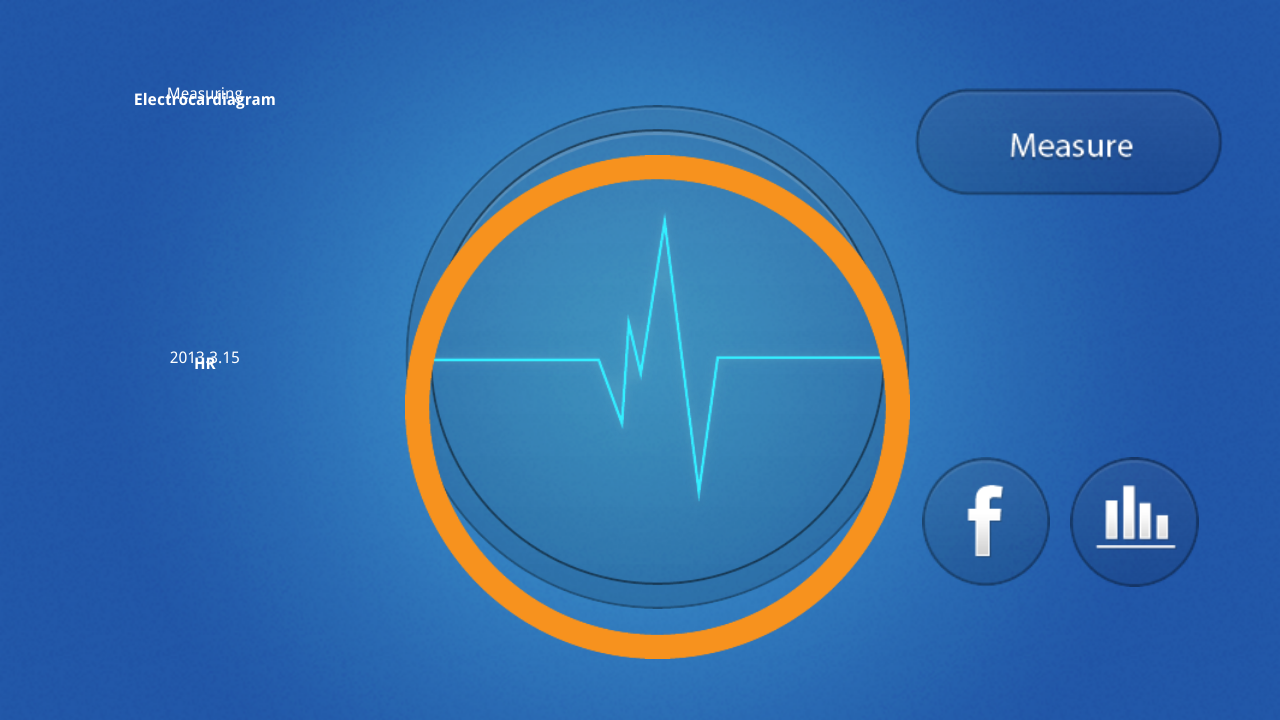
Repository: chouwill79131/IEcontest
Page: BluetoothChat/assets/main.html
An editor plug-in stored every save of this project. The page is shown before and after the next save, followed by the edit.
The browser window is 1280 px wide. The pictures show the whole page.

Above is the page before, as saved 2013-03-08 18:36:16.
Console error: TypeError: Cannot set properties of null (setting 'innerHTML')

### BluetoothChat/assets/main.html
<html>
  <head>
    <meta http-equiv="Content-Type" content="text/html; charset=utf-8"/>
    <link href="main.css" rel="stylesheet"/>
    <script src="jquery.js"></script>
    <script src="highcharts.js"></script>
    <script src="delay.js"></script>
    <script src="main.js"></script>
  </head>
  <body>
    <div id="main" >
    	<div class="left">
			<div class="text">
				<div class="word">Electrocardiagram</div><br />
				<div class="subword">Measuring</div><br />

				<div class="hr">HR</div><br />
				<div class="date">2013.3.15</div>
			</div>

		</div>

		<div class="mid">
			<img class="rhythm" src="button/rhythm.png" />
			<img class="circle" src="button/circle.png" />
		</div>

		<div class="right">
			<button class="measure"><img src="button/Measure.png" /></button><br />
			<button class="share" ><img src="button/Share.png" /></button>
			<button class="record"><img src="button/Record.png" /></button>
		</div>




	</div>
  </body>
</html>

### BluetoothChat/assets/main.css
@font-face {
    font-family: droidsans;
    src: url(fonts/droidsans.ttf);
}

@font-face {
    font-family: DroidSans-Bold;
    src: url(fonts/DroidSans-Bold.ttf);
}

@font-face {
    font-family: DroidSans-Italic;
    src: url(fonts/DroidSans-Italic.ttf);
}


body { margin:0; padding:0; }
#main { width: auto; height: 100%; background-image: url(button/background.png); background-size: 100% 100%; }
.left, .mid, .right {float: left; height: 100%; }


.left {  width: 28%; padding-left:2%;}
.text, .hr , .date{ text-align: center; color:white;}
.word { margin-top: 25%;  font-family: DroidSans-Bold ;}
.subword, .date { margin-top:-12%; font-family: droidsans ;}
.hr {   margin-top: 65%;  font-family: DroidSans-Bold }
.date { font-family: droidsans ;}

.mid { width: 41%; }
.rhythm, .circle { width: auto; height:70%; margin-left: 4%; }
.rhythm { margin-top: 20%; z-index: 1; }
.circle { margin-top: -86.5%; z-index: 2; position: relative;}

.right { width: 29%; }
.right button { float: left; border: none; background: transparent;width:auto; }
.measure img {margin-top: 10%; width: auto;  height:15%; }
.share img, .record img { width: auto;  height:18%; }
.measure { margin-left: 0%; margin-top: 15%; }
.share, .record { margin-top: 70%; margin-left: 2%; }


<!--
border? font? .record_top
-->

### BluetoothChat/assets/delay.js

$(function(){
setTimeout(function(){
$.getScript("dy_chart.js");
},200)
})

### BluetoothChat/assets/main.js
var chart;
var step = 0.01;	//step0.008每秒125點	//0.005極限
var xstart = step;
var hr = "--";
var score = "--";
var index;
$(document).ready(function ready() {

    var s = "";
    var theDate = new Date();
    s += theDate.getYear()+1900 + ".";                //  年
    s += (theDate.getMonth() + 1) + ".";				// 月
    s += theDate.getDate(); 							// 日
    document.getElementById("date").innerHTML = s;
    index = document.getElementById("main").innerHTML; //保留首頁

    $(".measure").live("click", function() {
      measure();
    }); //click .measure


}); //(document).ready

function shared(){
	view1 = document.getElementById("rhythm").innerHTML;
	document.getElementById("rhythm").innerHTML = view1+'<img class="stop" src="button/complete.png" style="width:100%; margin-top: -50% ;z-index:5;position: relative;" />';
	$("#main").live("click", function() {
      document.getElementById("rhythm").innerHTML = view1;
    });
}

function complete(hr1,score1){
  hr = hr1;
  score = score1;
  view = document.getElementById("dy_chart").innerHTML;
  document.getElementById("dy_chart").innerHTML = view+'<img class="stop" src="button/Completed.png" style="width:50%; margin: -20% 0% 0% 25%; z-index:2;position: relative;" />';
  $(".stop").html('<img src="button/Continue.png" />');
}

function addSomething(a) {
  for (var i in a){
    chart.series[0].addPoint([xstart,a[i]],false,true);
    xstart += step;
  }
  chart.redraw();
}

function history(history){
	view2 = document.getElementById("main").innerHTML;
    $("#main").html(
    '<div class="main1">'+
	'<div class="contain">'+
	'<div id="dy_chart" style="z-index:1;position: relative;"></div>'+
	'</div>'+
	'<div id="foot">'+
	'<button class="stop">'+
	'<img src="button/Back.png" />'+
	'</button>'+
	'</div>'+
    '</div>'
    );

    Highcharts.setOptions({
      global: {
	useUTC: true
      }
    });

    hischart = new Highcharts.Chart({
      chart: {
		renderTo: 'dy_chart',
		backgroundColor: 'transparent',
		type: 'line',
      },
      title: {
		style:{ color: '#FFFFFF'},
		text: 'Measure history',
      },
      credits: {			// highchart.com
		enabled:false
      },
      legend: {  			// 線的標示
        enabled: false
      },
      xAxis: {
      	type: 'datetime',
		dateTimeLabelFormats: { // don't display the dummy year
	  		month: '%e. %b',
	  		year: '%b'
		},
		lineColor: '#FFFFFF',
		labels: {
	  		style: {
				color: '#FFFFFF',
			}
		}
	  },
	  yAxis: {
	    title: {text: 'Feeling',
	    			style: {
						color: '#FFFFFF',
					}
				},
	  	gridLineColor: '#FFFFFF',
	  	labels: {
	  		style: {
				color: '#FFFFFF',
			}
		}
	  },
	  plotOptions: {
                line: {
                    dataLabels: {
                        enabled: true,
                        color: '#FFFFFF',
                    },
                    enableMouseTracking: true,
                }
      },
	series: [{
	  name: 'measure history',
	  color: '#FFFFFF',
	  data: history
	}],
    });

    $(".stop").live("click", function(){
 //     hr = "--";
      $(".main1").html(view2);
 //     document.getElementById("hr").innerHTML = hr;
    });
};// .record click

function measure(){
	xstart = 0.01;
	$("#main").html('<div class="main1">'+
		'<div class="contain">'+
		'<div id="dy_chart" style="z-index:1;position: relative;"></div>'+
		'</div>'+
		'<div id="foot">'+
		'<button class="stop" onclick="window.MyHandler.disconnect()">'+
		'<img src="button/Stop.png" />'+
		'</button>'+
		'</div>'+
      	'</div>');
    Highcharts.setOptions({
      global: {useUTC: true }
    });
    chart = new Highcharts.Chart({
      chart: {
		renderTo: 'dy_chart',
		backgroundColor: 'transparent',
		type: 'spline',
		marginRight: 10,
      },
      credits: {enabled:false},
      title: {
		style:{ color: '#FFFFFF'},
		text: 'Electrondiagram',
      },
      xAxis: {
		type: 'x Axis',
		style:{ color: '#FFFFFF'},
		tickPixelInterval: 100,
		lineColor: '#FFFFFF',
		labels: {style: {color: '#FFFFFF'}},
      },
      yAxis: {
      	title: {
      		text: 'Score',
      		style: {color: '#FFFFFF'}},
	  		gridLineColor: '#FFFFFF',
	  		labels: {style: {color: '#FFFFFF'}},
			//max:1500,
			//min:0,
			title: {
	  			style:{ color: '#FFFFFF'},
	  			text: 'PPG'
	  		},
			plotLines: [{value: 0,width: 1}]
      	},
      	legend: {enabled: false},
      	exporting: {enabled: false},
      	plotOptions: {
			spline: {
	  			lineWidth: 1,
	  			states: {
	    			hover: {
	      				enabled: false,
	      				lineWidth: 2
	    			}
	  			},
	  		marker: {
	    		enabled: false,
	    		states: {
	      			hover: {
						enabled: false,
	      			}
	    		}
	  		},
		}
      }, // yAxis
      series: [{
		name: 'Data',
		color: '#FFFFFF',
		data: (function() {
	  		var data = [];
	  		var step = 0.01;	//step0.008每秒125點	//0.005極限
			var xstart = step;
	  		for (var i = -4; i <= xstart; i+=step){data.push({x: i,y: 0 });}
	  		return data;
		})()
		}]
    }); //Highcharts

    hr = '--';
    score = '--';
    $(".stop").live("click",function() {
      $(".main1").html(index);
      document.getElementById("hr").innerHTML = hr;
      document.getElementById("rhythm").innerHTML = '<div id="score">'+score+'</div><img class="circle" src="button/circle.png" />';
    }); //click .stop
}

### BluetoothChat/assets/dy_chart.js
var chart;
var step = 0.01;	//step0.008每秒125點	//0.005極限
var xstart = step;
//a = Math.random();
var hr = 15;
var score = 80;
function complete(hr1,score1){
	hr = hr1;
	score = score1;
	view = document.getElementById("dy_chart").innerHTML;
	document.getElementById("dy_chart").innerHTML = view+'<img class="stop" src="button/60.png" style="width:50%; margin: -20% 0% 0% 25%; z-index:2;position: relative;" /><br />'+hr+',<br />'+score;
}

function addSomething(a) {
//	setInterval(function() {        			 // for testing feq
	for (var i in a){
		chart.series[0].addPoint([xstart,a[i]],false,true);
		xstart += step;
	}

	/**
	chart.series[0].addPoint([xstart,a],false,true);
	xstart += step;
	**/

	chart.redraw();
//	}, 1000);									// for testing feq
}



$(function () {
	$(".stop").click(function() {
	$(".main1").html('  <div id="main" >'+
    	'<div class="left">'+
			'<div class="text">'+
				'<div class="word">Electrocardiagram</div><br />'+
				'<div class="subword">Measuring</div><br />'+
				'<div class="hr">HR <span id="hr"></span></div>'+
				'<div id="date"></div>'+
			'</div>'+
		'</div>'+
		'<div class="mid" id="mid">'+
			'<div class="score">84</div>'+
			'<img class="circle" src="button/circle.png" />'+
		'</div>'+
		'<div class="right">'+
			'<button class="measure"><img src="button/Measure.png" /></button><br />'+
			'<button class="share" ><img src="button/Share.png" /></button>'+
			'<button class="record"><img src="button/Record.png" /></button>'+
		'</div>'+
	'</div>');
 // 		window.location.href = "complete.html";
	});
    $(document).ready(function() {
        Highcharts.setOptions({
            global: {
                useUTC: false
            }
        });

        chart = new Highcharts.Chart({
            chart: {
                renderTo: 'dy_chart',
                backgroundColor: 'transparent',
                type: 'spline',
                marginRight: 10,
            },
            credits: {
            enabled:false
            }
            ,
            title: {
            	style:{ color: '#FFFFFF'},
                text: 'Electrondiagram',
            },
            xAxis: {
                type: 'x Axis',
                style:{ color: '#FFFFFF'},
                tickPixelInterval: 150
            },
            yAxis: {
            	max:1500,
            	min:0,
                title: {
                	style:{ color: '#FFFFFF'},
                    text: 'Value'
                },
                plotLines: [{
                    value: 0,
                    width: 1,
                }]
            },

            legend: {
                enabled: false
            },
            exporting: {
                enabled: false
            },
	    plotOptions: {
                spline: {
                   lineWidth: 1,
                   states: {
                       hover: {
                       	enabled: false,
                        lineWidth: 2
                       }
                   },
                   marker: {
                      enabled: false,
                      states: {
                          hover: {
                             enabled: false,
                          }
                      }
                  },
               }
            },
            series: [{
                name: 'Data',
                color: '#FFFFFF',
                data: (function() {
                    // generate an array of random data
                    var data = [],
                        time = (new Date()).getTime(),i;

                    for (i = -4; i <= xstart; i+=step) {
                        data.push({
                            x: i,
                            y: 0
                        });
                    }
                    return data;
                })()
            }]
        });
    });
});

Loaded but not shown: BluetoothChat/assets/jquery.js (library); BluetoothChat/assets/highcharts.js (library)

After the next save:
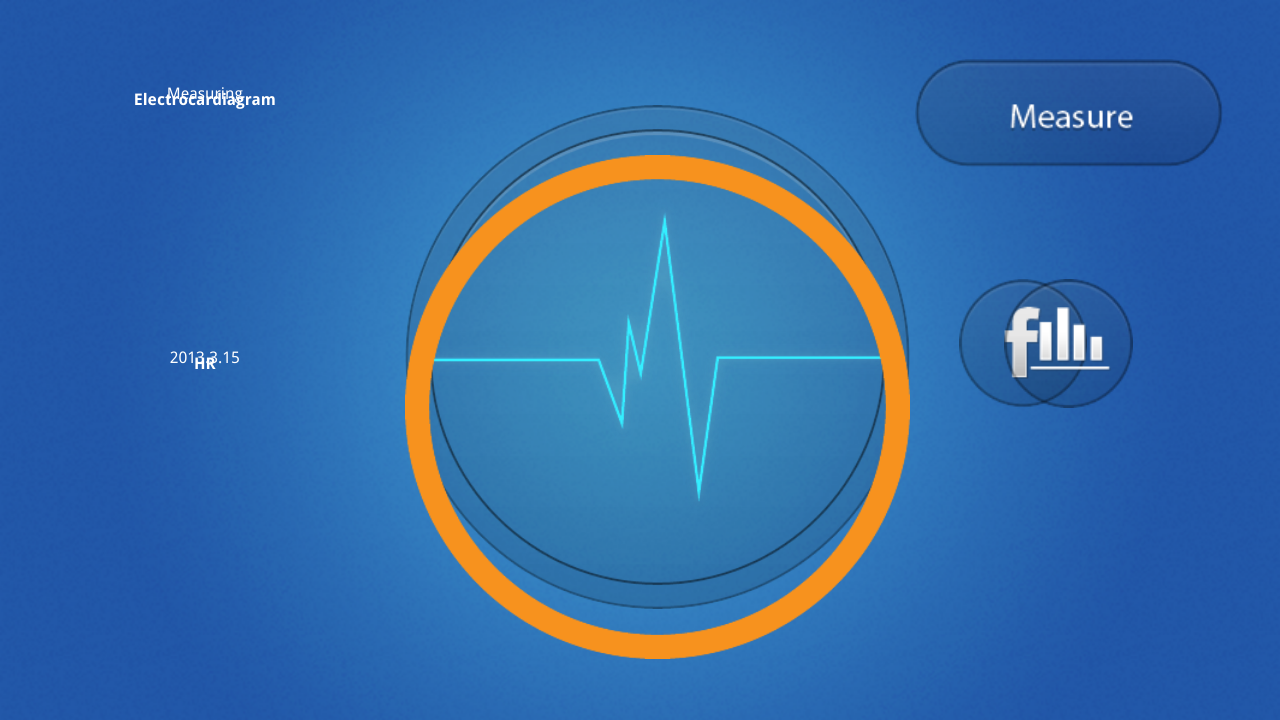
Saved 48 s later.
--- a/BluetoothChat/assets/main.css
+++ b/BluetoothChat/assets/main.css
@@ -32,7 +32,7 @@
 .circle { margin-top: -86.5%; z-index: 2; position: relative;}
 
 .right { width: 29%; }
-.right button { float: left; border: none; background: transparent;width:auto; }
+.right button { float: left; border: none; background: transparent;width:10%; }
 .measure img {margin-top: 10%; width: auto;  height:15%; }
 .share img, .record img { width: auto;  height:18%; }
 .measure { margin-left: 0%; margin-top: 15%; }

After the save that followed:
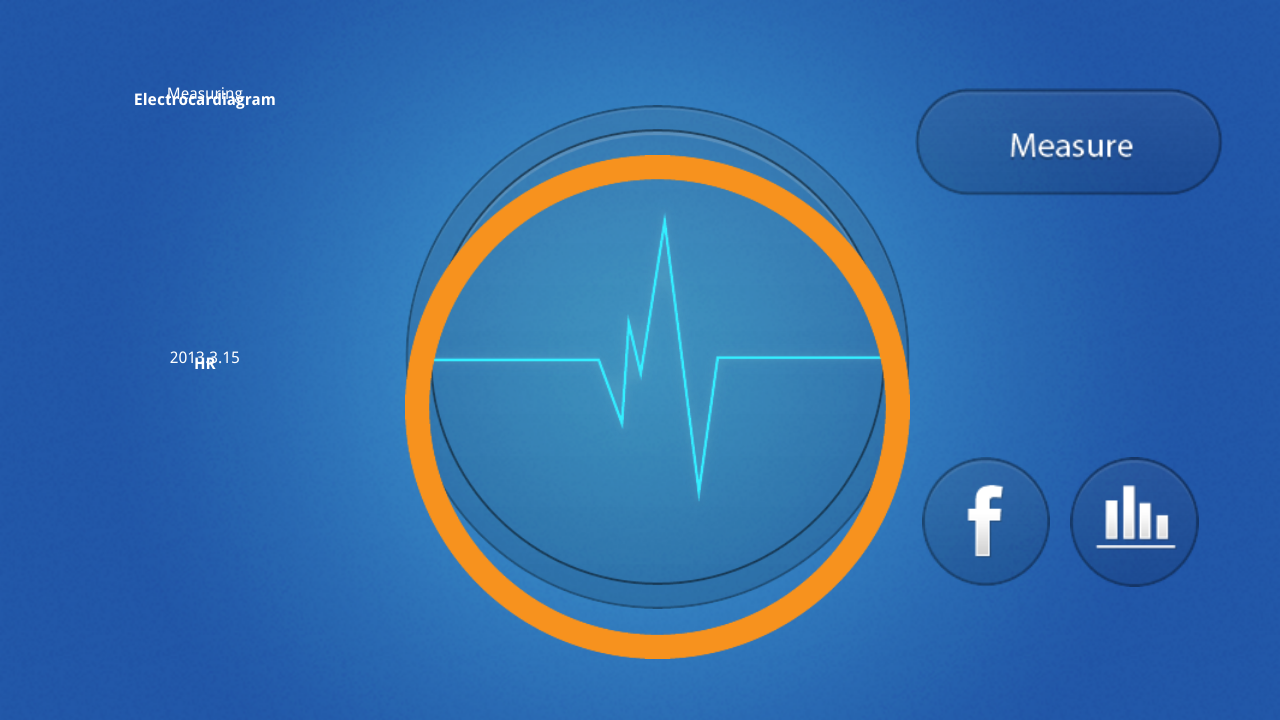
Saved 24 s later.
--- a/BluetoothChat/assets/main.css
+++ b/BluetoothChat/assets/main.css
@@ -32,7 +32,7 @@
 .circle { margin-top: -86.5%; z-index: 2; position: relative;}
 
 .right { width: 29%; }
-.right button { float: left; border: none; background: transparent;width:10%; }
+.right button { float: left; border: none; background: transparent;width:auto;; }
 .measure img {margin-top: 10%; width: auto;  height:15%; }
 .share img, .record img { width: auto;  height:18%; }
 .measure { margin-left: 0%; margin-top: 15%; }
